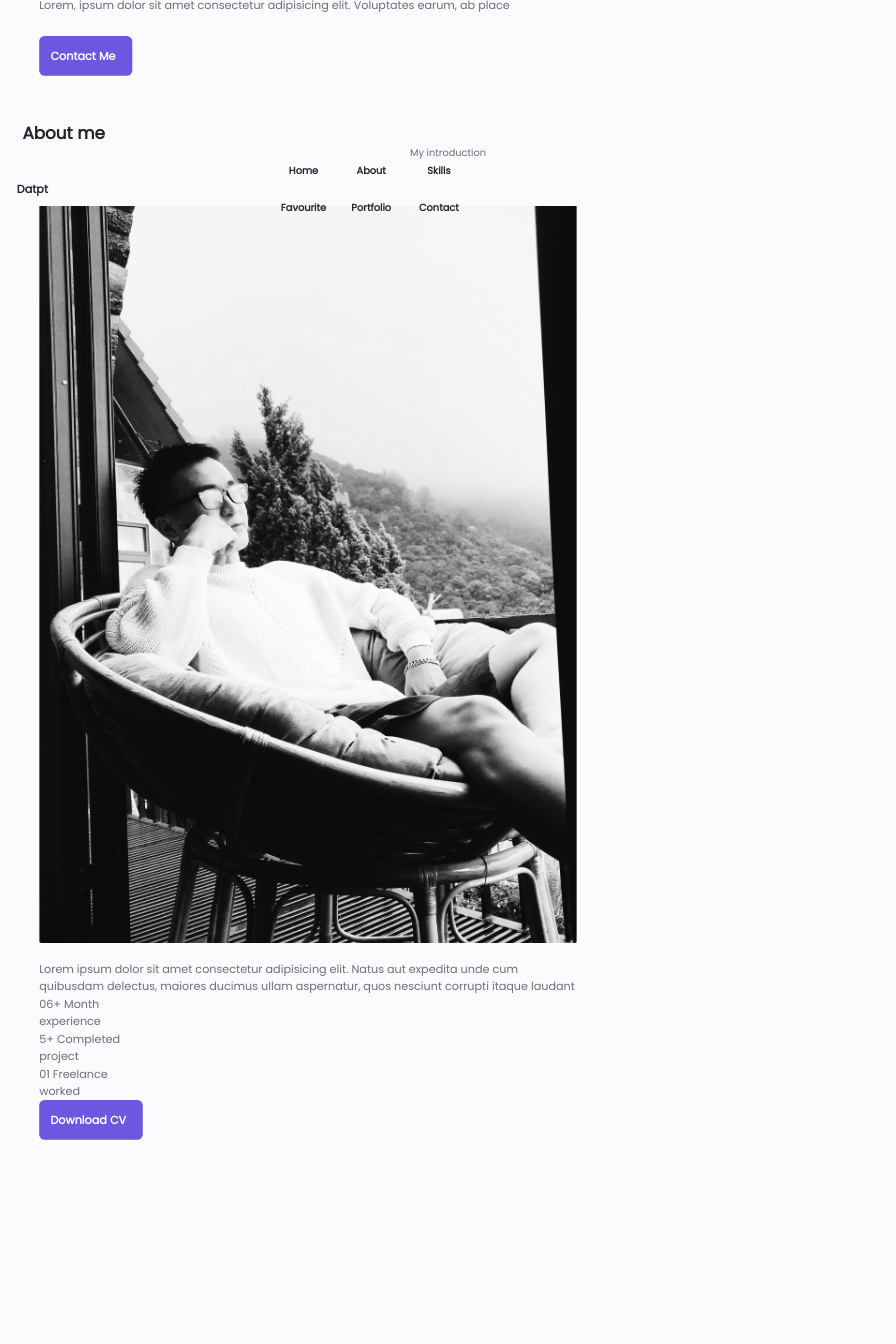
Repository: Datt21/portfolio
Page: index.html
These files come from the project's save history. The page is drawn as it stood at one moment and after the next save; the edit follows.
The browser window is 1280 px wide. The pictures show the part of the page from y = 426 to 2346 px (the page is 2582 px tall before and 1790 px after), at 70% of full size.
Some icons come from a web library that is not loaded, so they are not drawn.

Above is the page before, as saved 2021-07-10 16:35:56.

After the next save:
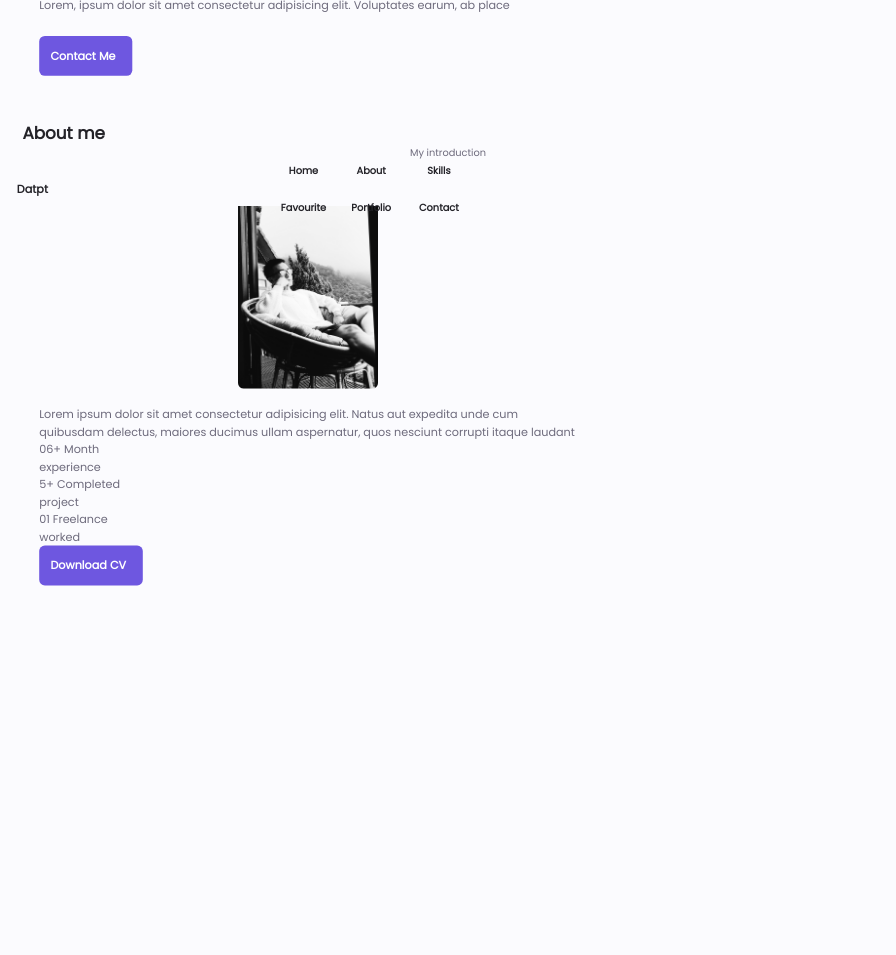
Saved 64 s later.
--- a/Css/style.css
+++ b/Css/style.css
@@ -338,8 +338,11 @@ img{
 
 
 /*==================== ABOUT ====================*/
-.about__container img{
-    border-radius: 3px;
+.about__img{
+    border-radius: .5rem;
+    width: 200px;
+    justify-self: center;
+    align-self: center;
 }
 
 /*==================== SKILLS ====================*/
